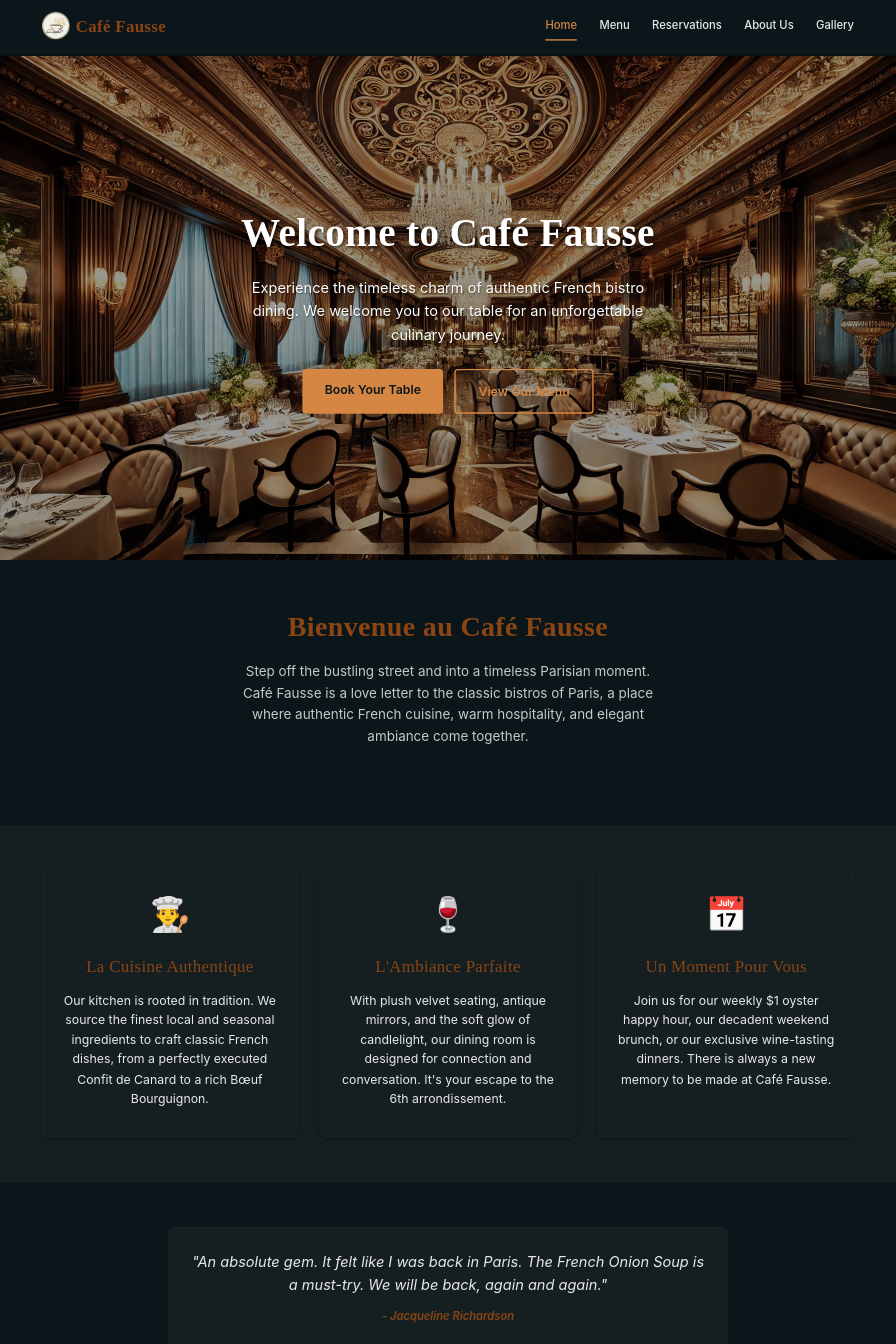
Repository: MatVanDenArt/MSSE-Cafe-Fausse
Page: / (app in frontend/)
These files come from the project's save history. The page is drawn as it stood at one moment and after the next save; the edit follows.
The browser window is 1280 px wide. The pictures show the part of the page from y = 0 to 1920 px (the page is 2977 px tall before and 3047 px after), at 70% of full size.
The page's requests for data from a server got no answer. The project was rebuilt for these pictures with package versions that can differ from the ones it lists, and the page was loaded fresh each time. No one was signed in, and anything a server would have sent is missing. Also part of the build but not shown: frontend/src/pages/Menu.css, frontend/src/pages/Menu.js, frontend/src/pages/Reservations.css, frontend/src/pages/Reservations.js, frontend/src/pages/About.css, frontend/src/pages/About.js, frontend/src/pages/Gallery.css, frontend/src/pages/Gallery.js.

Above is the page before, as saved 2025-10-26 15:40:23.

After the next save:
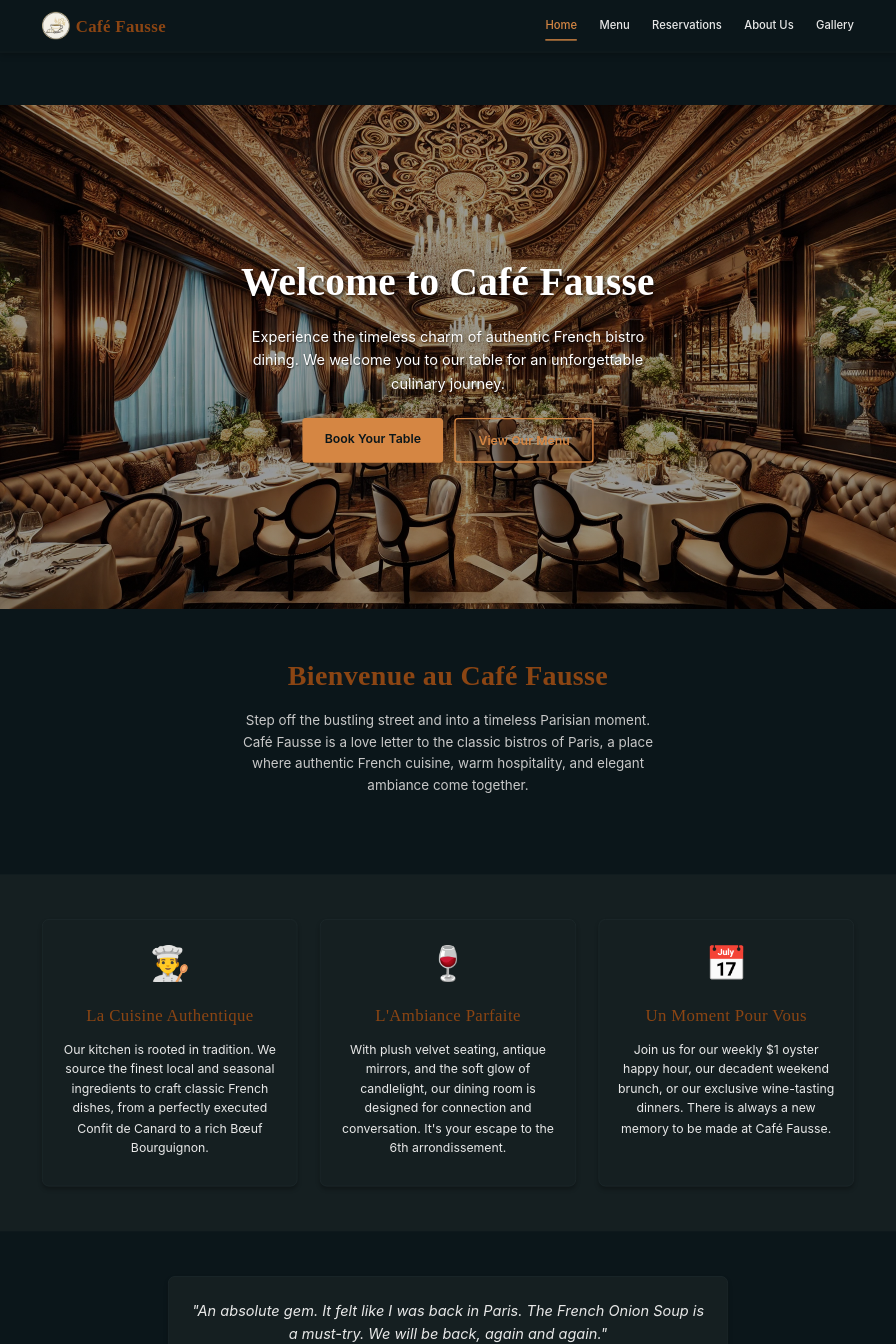
Saved 8 s later.
--- a/frontend/src/App.css
+++ b/frontend/src/App.css
@@ -13,6 +13,7 @@ body {
   color: #e8e8e8;
   background-color: #0b161a;
   font-weight: 400;
+  padding-top: 70px; /* Account for fixed header */
 }
 
 .App {
